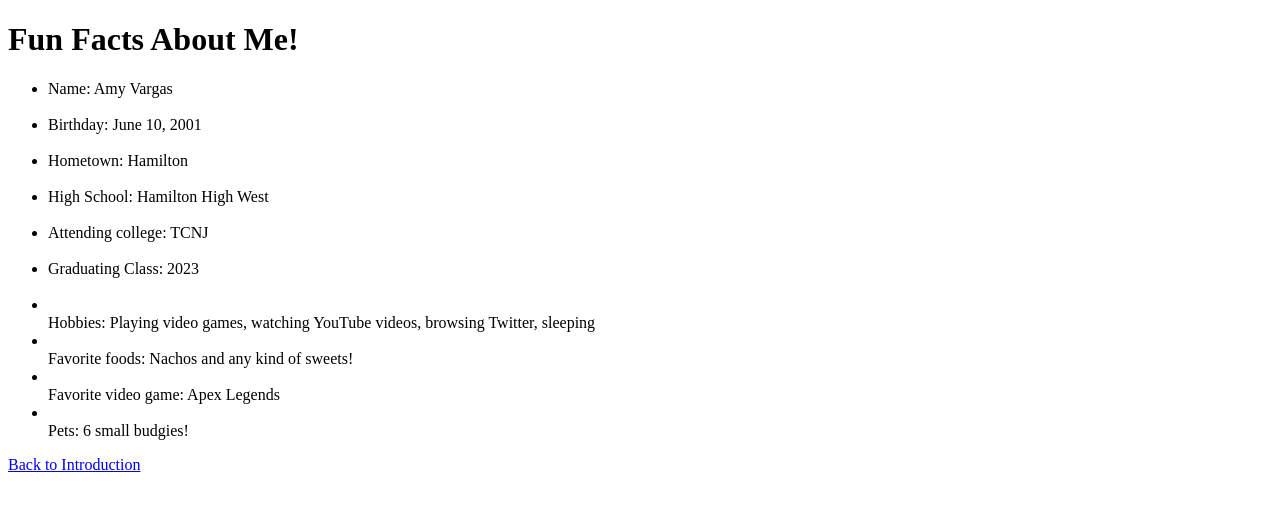
Repository: A-Vargas-GP/imm_my_website
Page: personal_site/personal/personal_facts.html
The author's editor kept a record of every edit. The page is drawn from the files as they stood at one moment, then again after the next edit.
The browser window is 1280 px wide. The pictures show the whole page.

Above is the page before.

### personal_site/personal/personal_facts.html
<!DOCTYPE html>
<html>
    <head> <meta charset = "utf-8">
        <title> All about Me! </title>
    </head>

    <body>
        <h1> Fun Facts About Me! </h1>

            <ul>
                <li> Name: Amy Vargas </li>
                </br>
                <li> Birthday: June 10, 2001 </li>
                </br>
                <li> Hometown: Hamilton </li>
                </br>
                <li> High School: Hamilton High West </li>
                </br>
                <li> Attending college: TCNJ </li>
                </br>
                <li> Graduating Class: 2023 </li>
                </br>
                <li> </li>Hobbies: Playing video games, watching YouTube videos, browsing Twitter, sleeping
                </br>
                <li> </li>Favorite foods: Nachos and any kind of sweets!
                </br>
                <li> </li>Favorite video game: Apex Legends
                </br>
                <li> </li>Pets: 6 small budgies!
            </ul>

        <a href = "../introduction.html"> Back to Introduction </a>
    </body>
</html>

After the next edit:
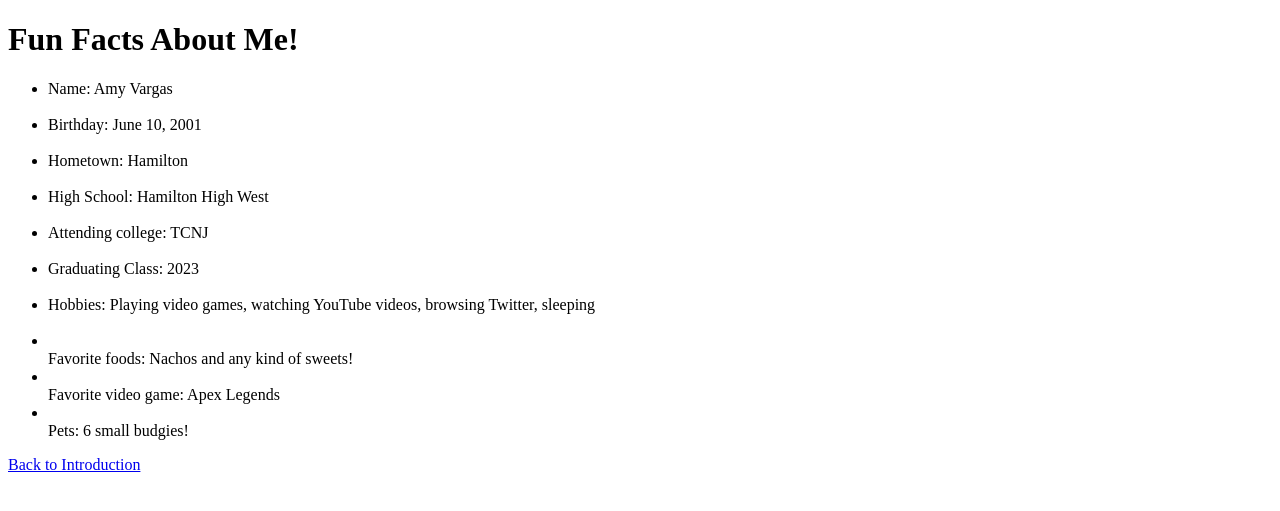
The edit:
--- a/personal_site/personal/personal_facts.html
+++ b/personal_site/personal/personal_facts.html
@@ -20,7 +20,7 @@
                 </br>
                 <li> Graduating Class: 2023 </li>
                 </br>
-                <li> </li>Hobbies: Playing video games, watching YouTube videos, browsing Twitter, sleeping
+                <li> Hobbies: Playing video games, watching YouTube videos, browsing Twitter, sleeping </li>
                 </br>
                 <li> </li>Favorite foods: Nachos and any kind of sweets!
                 </br>
